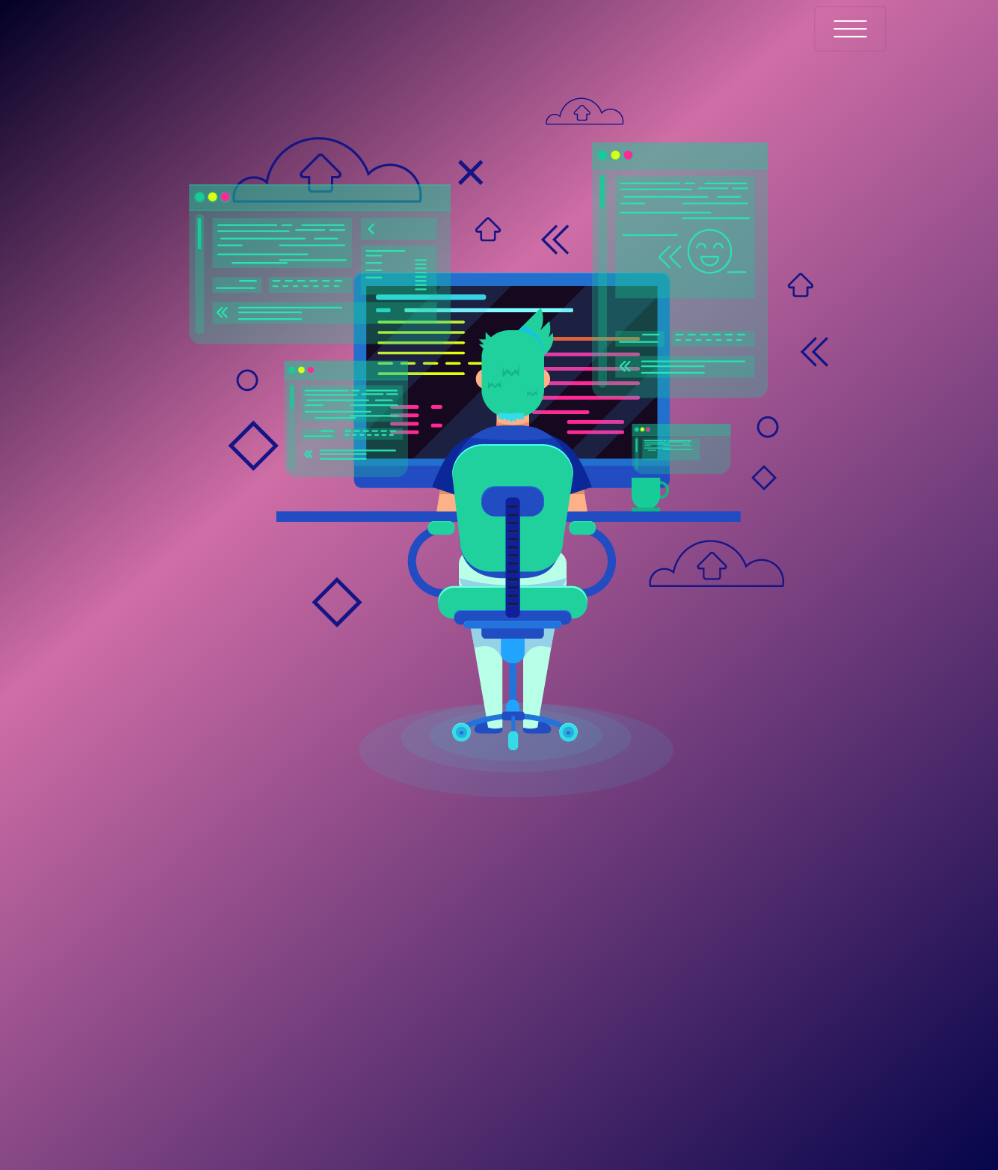
Repository: JuanPabloDS/portifolio
Page: http://localhost/
The author's editor kept a copy of each file at every save. The page is drawn from the files as they stood at one save, then again after the next save.
The browser window is 1280 px wide. The pictures show the whole page, at 78% of full size.
The page is served by the project's application, run on Django 4.2 (manage.py). Other server files are loaded and not shown.

Above is the page before, as saved 2023-02-24 16:56:13.

### core/templates/index.html
{% extends 'base.html' %}

{% block content %}

{% include 'perfil.html' %}

{% include 'footer.html' %}

{% endblock %}

### core/templates/base.html
{% load static %}
<!DOCTYPE html>
<html lang="pt-br">

    <head>
        <!-- Required meta tags -->
        <meta charset="UTF-8">
        <meta http-equiv="X-UA-Compatible" content="IE=edge">
        <meta name="viewport" content="width=device-width, initial-scale=1.0">
        <title>Portifólio</title>

        <!-- Bootstrap CSS -->
        <link rel="stylesheet" href="{% static 'css/bootstrap.min.css' %}">
        <link rel="stylesheet" href="{% static 'css/style.css' %}">


    </head>

    <body>
        <div class="pos-f-t">
            <nav class="navbar navbar-light menu">
              <button class="navbar-toggler" type="button" data-toggle="collapse" data-target="#navbarToggleExternalContent" aria-controls="navbarToggleExternalContent" aria-expanded="false" aria-label="Toggle navigation">
                <div class="burger"><i></i><i></i><i></i></div>
              </button>
            </nav>
            <div class="collapse" id="navbarToggleExternalContent">
              <div class="bg-dark p-4">
                <div class="menu-itens">
                  <h1>HOME</h1>
                </div>
                <div class="menu-itens">
                  <h1>HOME</h1>
                </div>
                <div class="menu-itens">
                  <h1>HOME</h1>
                </div>
                <div class="menu-itens">
                  <h1>HOME</h1>
                </div>
              </div>
            </div>
          </div>
{% block content %}
{% endblock %}

### core/templates/perfil.html
{% load static %}
<div class="perfil">
    <img src="{% static '/img/site/site.png' %}" alt="">
</div>

### core/templates/footer.html
{% load static %}
<!-- jQuery first, then Tether, then Bootstrap JS. -->
<script src="{% static 'js/jquery.js' %}"></script>
<script src="{% static 'js/bootstrap.js' %}" ></script>
<script src="{% static 'js/bootstrap.min.js' %}" ></script>
<script src="{% static 'js/bootstrap.bundle.js' %}" ></script>
<script src="{% static 'js/bootstrap.bundle.min.js' %}" ></script>
</body>
</html>

### core/views.py
from django.views.generic import TemplateView

class IndexView(TemplateView):
    template_name: str = 'index.html'

### portifolio/urls.py
"""portifolio URL Configuration

The `urlpatterns` list routes URLs to views. For more information please see:
    https://docs.djangoproject.com/en/4.1/topics/http/urls/
Examples:
Function views
    1. Add an import:  from my_app import views
    2. Add a URL to urlpatterns:  path('', views.home, name='home')
Class-based views
    1. Add an import:  from other_app.views import Home
    2. Add a URL to urlpatterns:  path('', Home.as_view(), name='home')
Including another URLconf
    1. Import the include() function: from django.urls import include, path
    2. Add a URL to urlpatterns:  path('blog/', include('blog.urls'))
"""
from django.contrib import admin
from django.urls import path, include

from django.conf.urls.static import static
from django.conf import settings

urlpatterns = [
    path('admin/', admin.site.urls),
    path('', include('core.urls')),
] + static(settings.MEDIA_URL, document_root=settings.MEDIA_ROOT)

### core/urls.py
from django.urls import path
from .views import IndexView

urlpatterns = [
    path('', IndexView.as_view(), name='index')
]

### core/static/css/style.css
/*! Menu inicial */

body{
    width: 80%;
    margin: auto;
    height: 1500px;
    background: linear-gradient(
  500deg,
  rgba(2, 0, 36, 1) 0%,
  #cf6da6 35%,
  #06054b 100%
);

}

@media screen and (max-width: 600px) {
    body{
        width: 100%;
        margin: auto;
    }

}

.burger {
    z-index: 9998;
    cursor: pointer;
    padding: 5px 4px;
    background-color: transparent;
}

.burger i {
    display: block;
    width: 42px;
    height: 2px;
    margin: 8px;
    background-color: white;
}

.burger:active,
.burger:focus {
 outline-color:0;
 outline-style:none;
 outline-width:0
}
.burger i {
 display:block;
 width:42px;
 height:2px;
 margin:8px;
 background-color:white
}


.menu{
    height: 20%;

    color: white;
}

.menu button{
    position: relative;
    right: inherit;
    float: right;
    margin-left: auto;
    color: white;
}

.menu span {
    color: white;
}



.menu-itens {
    height: 80px;
    background-color: blue;
    text-align: center;
    padding-top: 13px;
    margin-bottom: 10px;
    font-size: 50%;
}

@media screen and (max-width: 600px){
    .menu button{
        position: relative;
        padding-top: 0;
        right: inherit;
        padding-right: 0;
        padding-left: 5px;
        padding-bottom: 0;
        width: 60px;
        height: 50px;
    }

    .menu-itens {
        height: 30px;
        background-color: blue;
    }

    .menu-itens h1 {
        font-size: 150%;
        line-height: 0.2;
    }

    .burger i {
        width:25px;
        height:2px;
       }
}


.perfil img {
    width: 1000px;
    height: 1000px;
    float: right;
}

/*! Fim Menu inicial */

/*! Perfil */

Loaded but not shown: core/static/css/bootstrap.min.css (library); core/static/js/jquery.js (library); core/static/js/bootstrap.js (library); core/static/js/bootstrap.min.js (library); core/static/js/bootstrap.bundle.js (library); core/static/js/bootstrap.bundle.min.js (library)

After the next save:
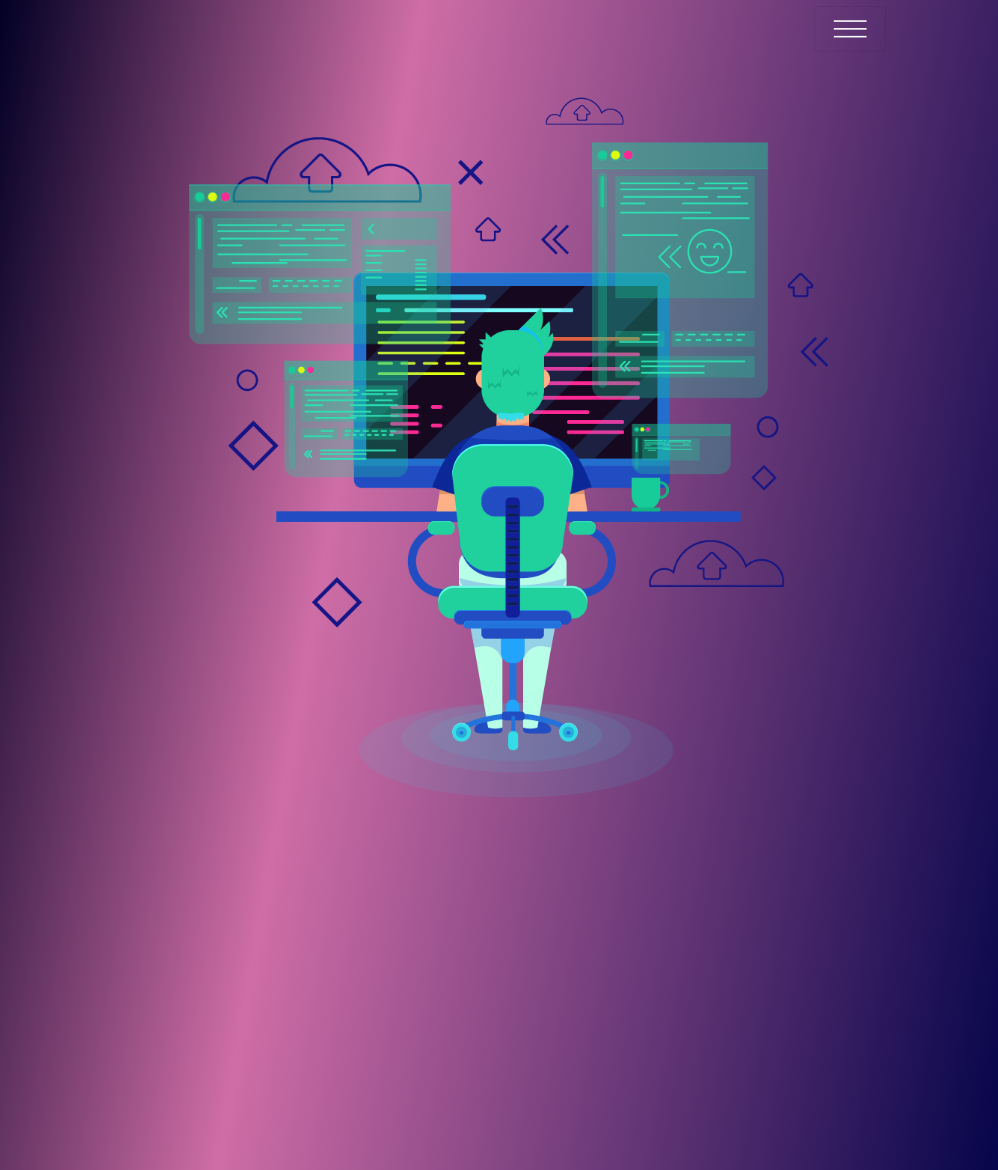
Saved 6 s later.
--- a/core/static/css/style.css
+++ b/core/static/css/style.css
@@ -5,7 +5,7 @@
     margin: auto;
     height: 1500px;
     background: linear-gradient(
-  500deg,
+  100deg,
   rgba(2, 0, 36, 1) 0%,
   #cf6da6 35%,
   #06054b 100%

After the save that followed:
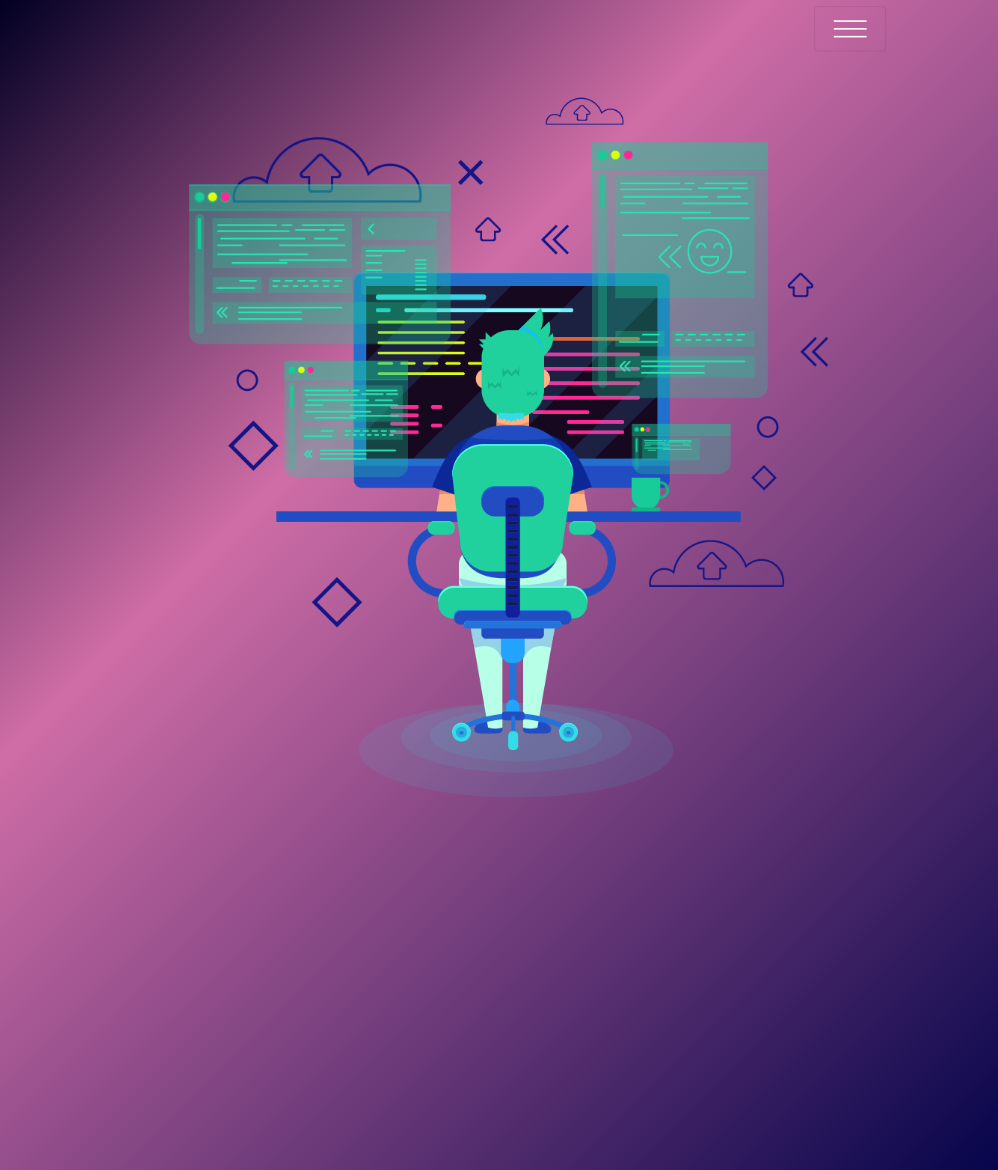
Saved 75 s later.
--- a/core/static/css/style.css
+++ b/core/static/css/style.css
@@ -5,7 +5,7 @@
     margin: auto;
     height: 1500px;
     background: linear-gradient(
-  100deg,
+  135deg,
   rgba(2, 0, 36, 1) 0%,
   #cf6da6 35%,
   #06054b 100%
